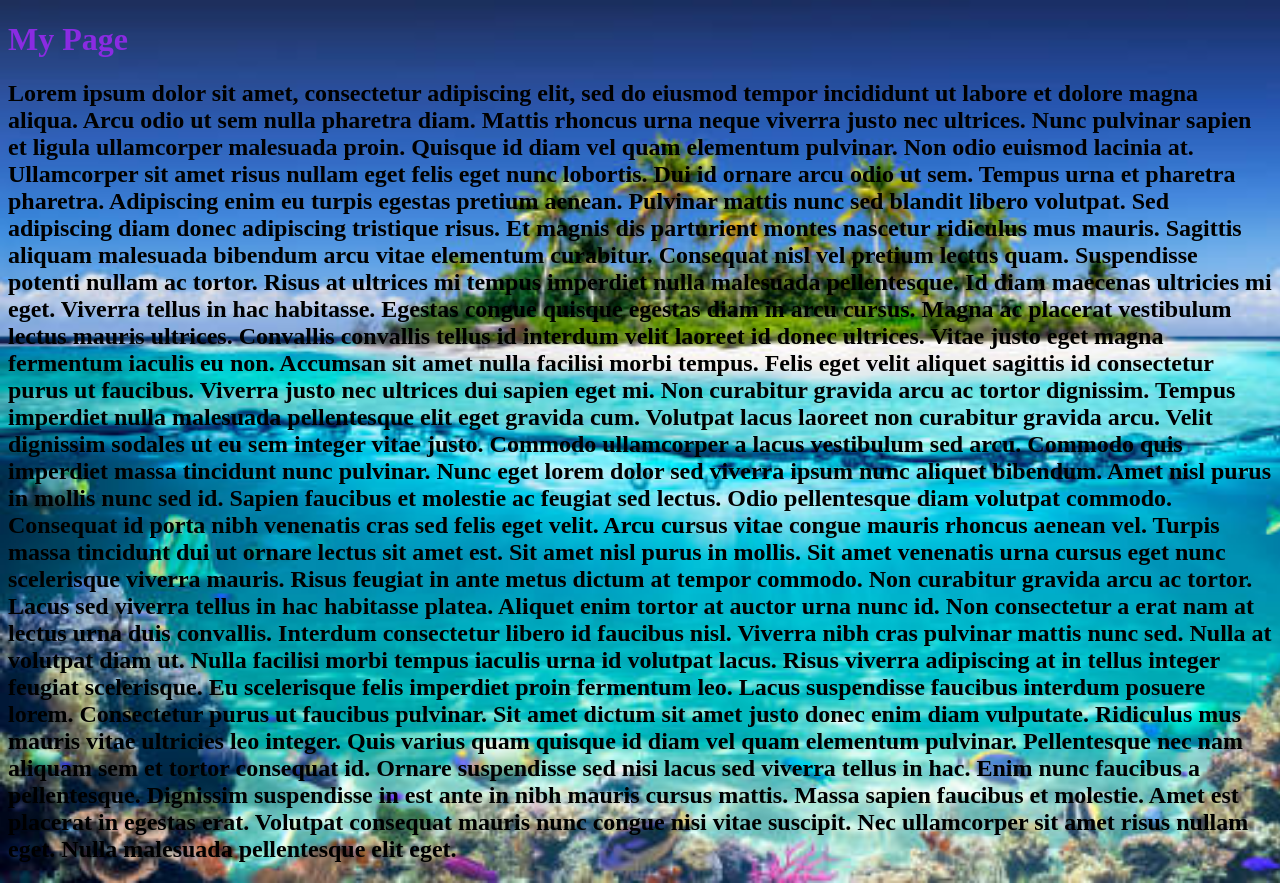
Repository: MelindaN14/My-Personal-Website
Page: portfolio.html
An editor plug-in stored every save of this project. The page is shown before and after a run of saves, followed by the edit.
The browser window is 1280 px wide. The pictures show the whole page.

Above is the page before, as saved 2024-03-18 21:17:30.

After the next 4 saves:
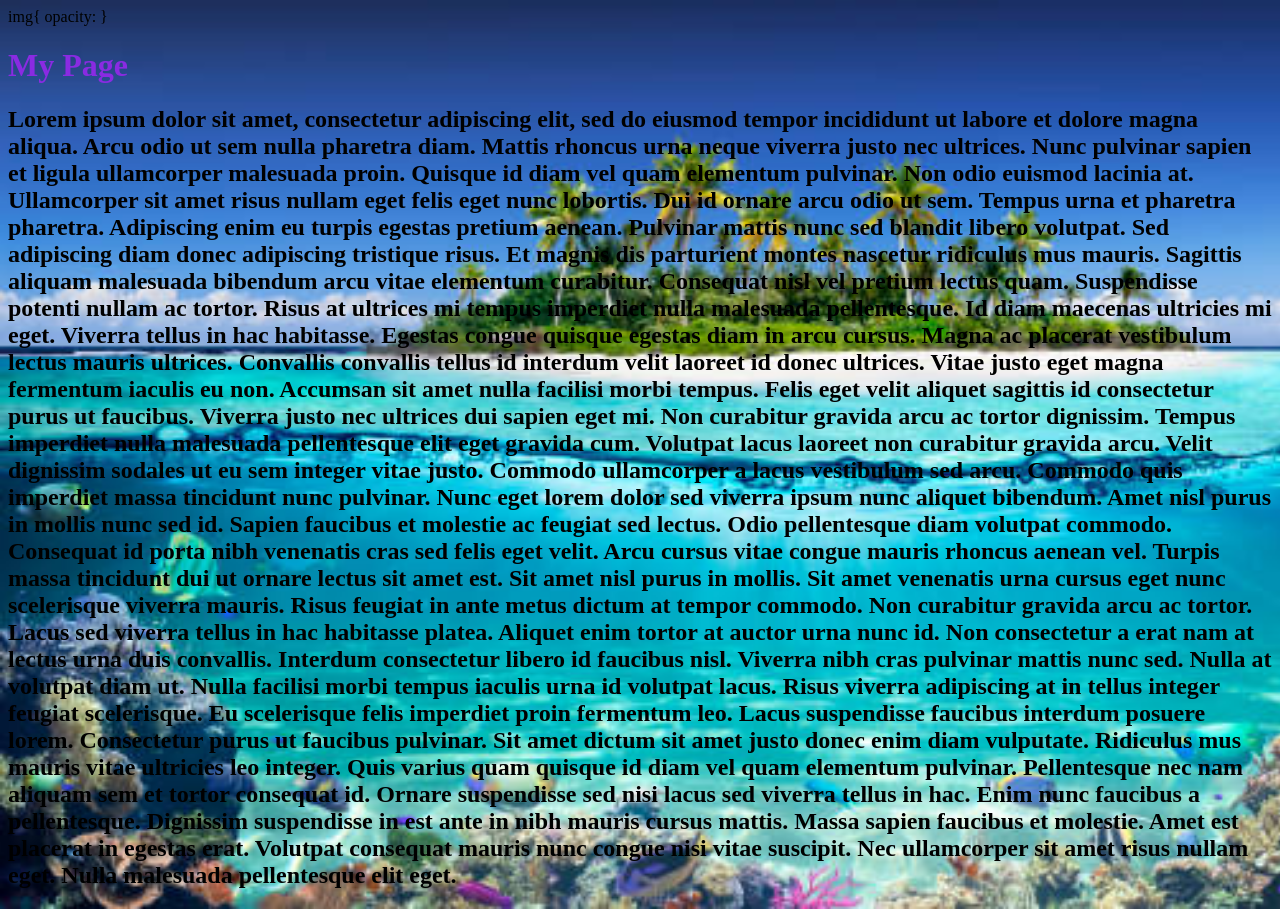
The 4 saves are shown as one change because they came seconds apart.
The last was saved 11 s later.
--- a/portfolio.html
+++ b/portfolio.html
@@ -6,7 +6,9 @@
     <title>Portfolio</title>
 </head>
 <link rel="stylesheet" a href="style.css">
-
+img{
+    opacity:
+}
 <body>
     <h1>My Page</h1>
     <h2>Lorem ipsum dolor sit amet, consectetur adipiscing elit, sed do eiusmod tempor incididunt ut labore et dolore magna aliqua. Arcu odio ut sem nulla pharetra diam. Mattis rhoncus urna neque viverra justo nec ultrices. Nunc pulvinar sapien et ligula ullamcorper malesuada proin. Quisque id diam vel quam elementum pulvinar. Non odio euismod lacinia at. Ullamcorper sit amet risus nullam eget felis eget nunc lobortis. Dui id ornare arcu odio ut sem. Tempus urna et pharetra pharetra. Adipiscing enim eu turpis egestas pretium aenean. Pulvinar mattis nunc sed blandit libero volutpat. Sed adipiscing diam donec adipiscing tristique risus. Et magnis dis parturient montes nascetur ridiculus mus mauris. Sagittis aliquam malesuada bibendum arcu vitae elementum curabitur. Consequat nisl vel pretium lectus quam. Suspendisse potenti nullam ac tortor. Risus at ultrices mi tempus imperdiet nulla malesuada pellentesque.
